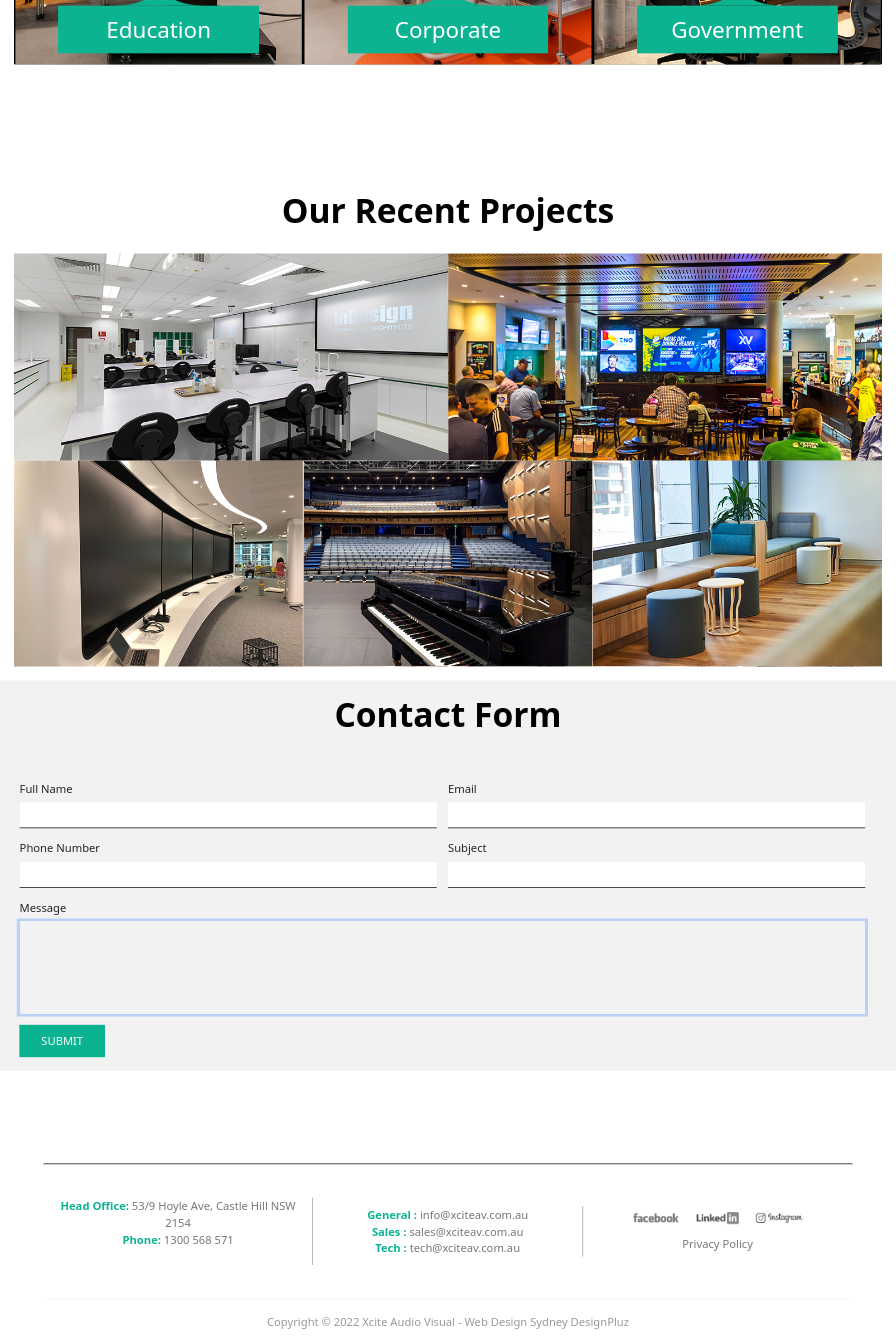
Repository: Imprasna/designplus
Page: index.html
These files come from the project's save history. The page is drawn as it stood at one moment and after the next save; the edit follows.
The browser window is 1280 px wide. The pictures show the part of the page from y = 1893 to 3813 px (the page is 3813 px tall), at 70% of full size.
The first visible `textarea#inputSubject` has the focus.
Some web fonts or font styles are not loaded; a fallback is used.

Above is the page before, as saved 2022-03-17 01:58:46.

After the next save:
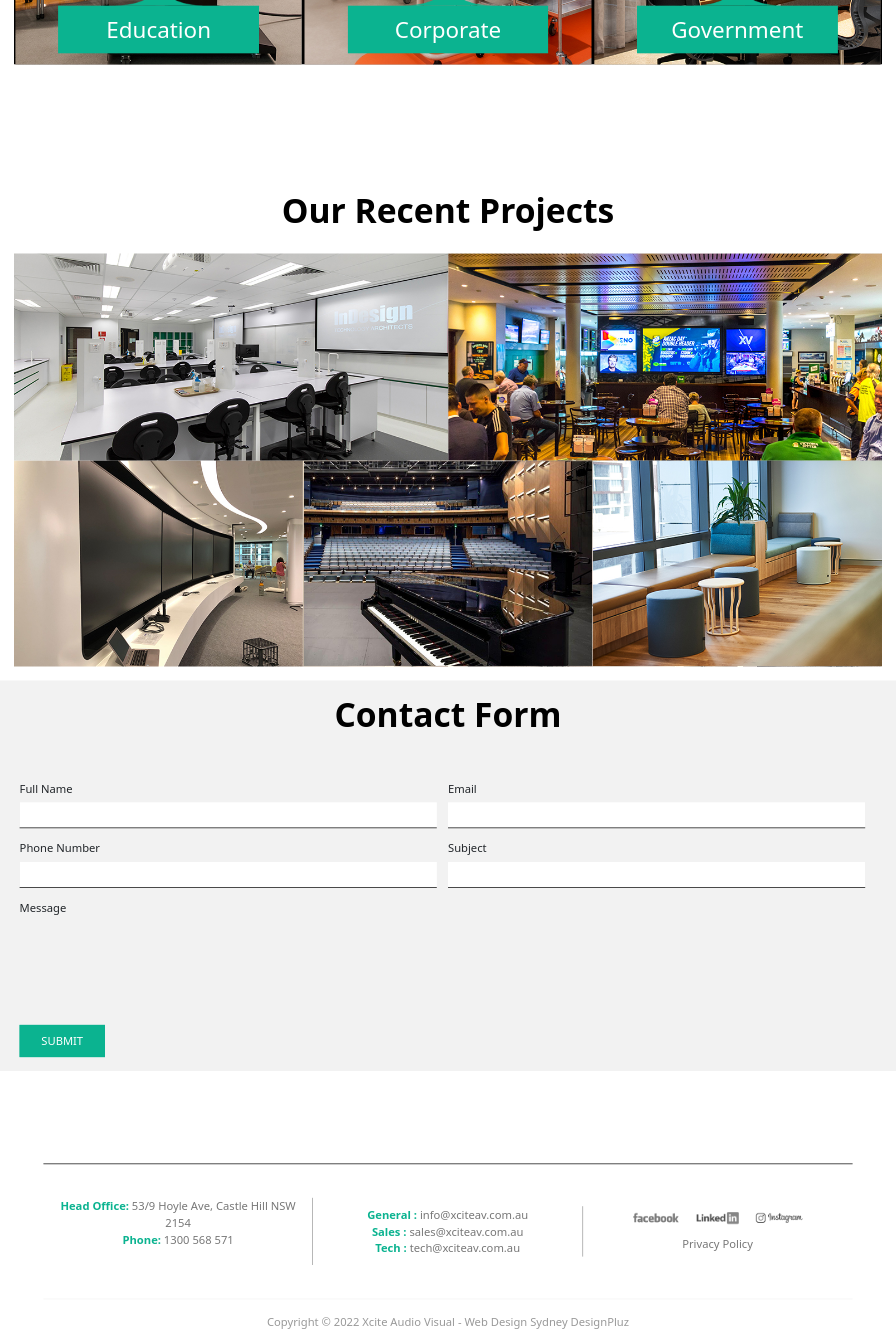
Saved 7 s later.
--- a/style.css
+++ b/style.css
@@ -272,7 +272,7 @@
 textarea#inputSubject:focus {
     background: none;
     border: none;
-    outline: none;
+    box-shadow: none;
 }
 
 .container-fluid.contact_sec > .container-fluid > .row > form > .col-12 > button.btn.btn-primary {
